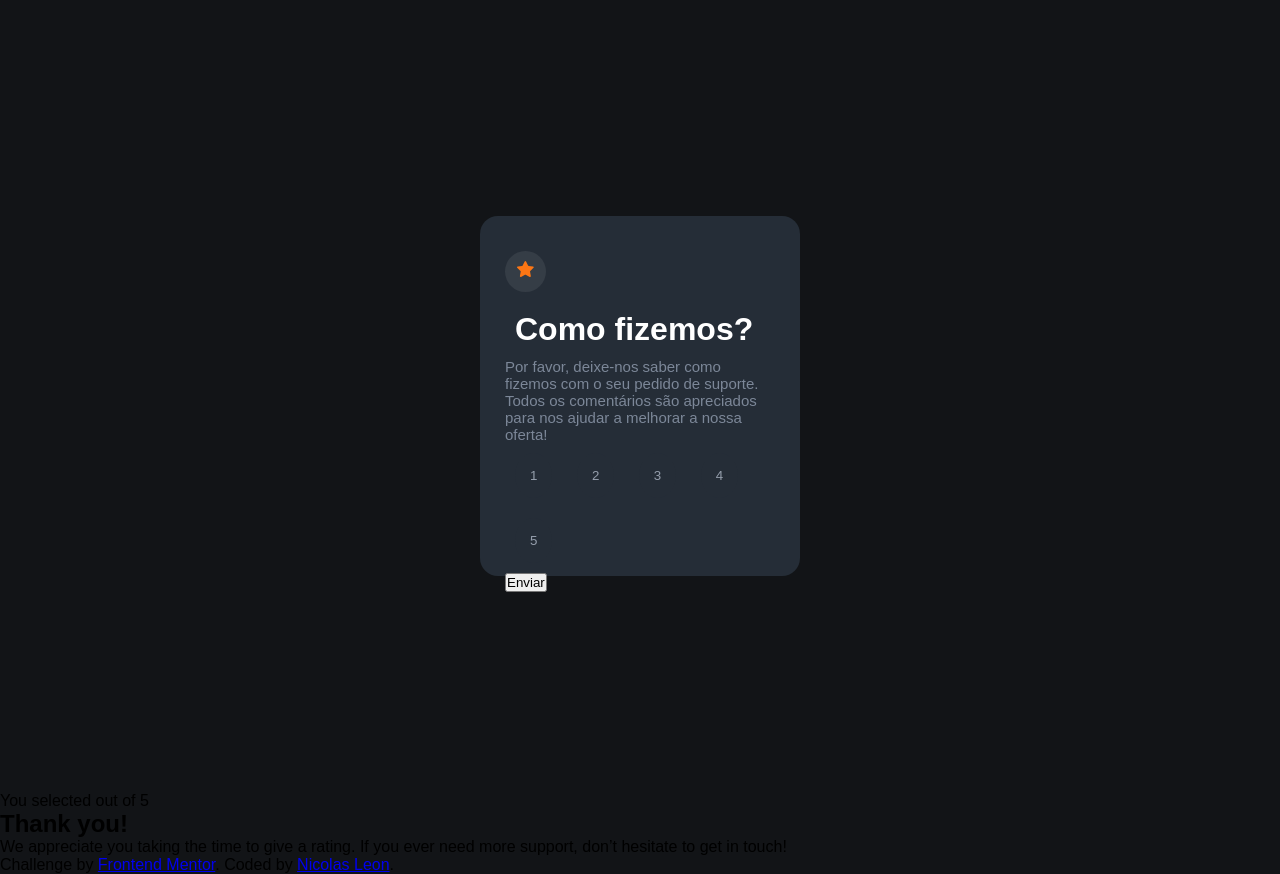
Repository: Leonngc/projeto-avaliacao
Page: index.html
These files come from the project's save history. The page is drawn as it stood at one moment and after the next save; the edit follows.
The browser window is 1280 px wide. The pictures show the whole page.
Some web fonts or font styles are not loaded; a fallback is used.

Above is the page before, as saved 2023-01-25 23:35:05.

### index.html
<!DOCTYPE html>
<html lang="en">
<head>
  <meta charset="UTF-8">
  <meta name="viewport" content="width=device-width, initial-scale=1.0"> <!-- displays site properly based on user's device -->

  <link rel="icon" type="image/png" sizes="32x32" href="./images/favicon-32x32.png">

  <title>Frontend Mentor | Interactive rating component</title>

  <link rel="stylesheet" href="styles/style.css">
</head>
<body>

  <!-- Rating state start -->
<form id="avaliation-form">

  <span id="icon-star">
    <img src="images/icon-star.svg" alt="">
  </span>

    <h1>Como fizemos?</h1>

    <p>
      Por favor, deixe-nos saber como fizemos com o seu pedido de suporte. Todos os comentários são apreciados
      para nos ajudar a melhorar a nossa oferta!
    </p>

    <div id="avaliation-btns">
      <input type="button" value="1" class="avaliation">
      <input type="button" value="2" class="avaliation">
      <input type="button" value="3"  class="avaliation">
      <input type="button" value="4"  class="avaliation">
      <input type="button" value="5"  class="avaliation">
    </div>

    <input type="submit" onclick="sent()" value="Enviar"></input>
</form>

  <!-- Rating state end -->

  <!-- Thank you state start -->

  <section id="result-avaliation">
    <p id="avaliacao-user">You selected <!-- Add rating here --> out of 5</p>
    <h1>Thank you!</h1>
    <p>
      We appreciate you taking the time to give a rating. If you ever need more support,
      don’t hesitate to get in touch!
    </p>
  </section>

  <!-- Thank you state end -->


  <div class="attribution">
    Challenge by <a href="https://www.frontendmentor.io?ref=challenge" target="_blank">Frontend Mentor</a>.
    Coded by <a href="#">Nicolas Leon</a>.
  </div>
</body>
</html>

### styles/style.css
@import url('https://fonts.googleapis.com/css2?family= Viaduto & display = swap');
:root{
    --very-dark-blue:hsl(216, 12%, 8%);
    --dark-blue:hsl(213, 19%, 18%);
    --medium-grey: hsl(216, 12%, 54%);
    --light-grey:hsl(217, 12%, 63%);
}

*{
    margin: 0;
    padding: 0;
    box-sizing: border-box;
}

body{
    background-color:var(--very-dark-blue);
    font-family: 'Overpass', sans-serif;
}
span{
    background-color: rgba(255, 255, 255, 0.074);
    padding: 12px;
    border-radius: 50%;
    text-align: center;
}

span > img{
    margin-top: 20px;
}

#avaliation-form{
    background-color:var(--dark-blue);
    width: 25vw;
    height: 50vh;
    padding: 25px;
    margin: 30vh auto;
    color: white;
    border-radius: 18px;
}

#avaliation-form > h1{
    padding: 10px;
    margin-top: 20px;
}

#avaliation-form > p{
    color:var(--medium-grey);
    font-size: 15px;
}

.avaliation{
    margin: 10px;
    border-radius: 50%;
    padding: 15px;
    border: none;
    background-color: var(--dark-blue);
    color: var(--light-grey);
}

After the next save:
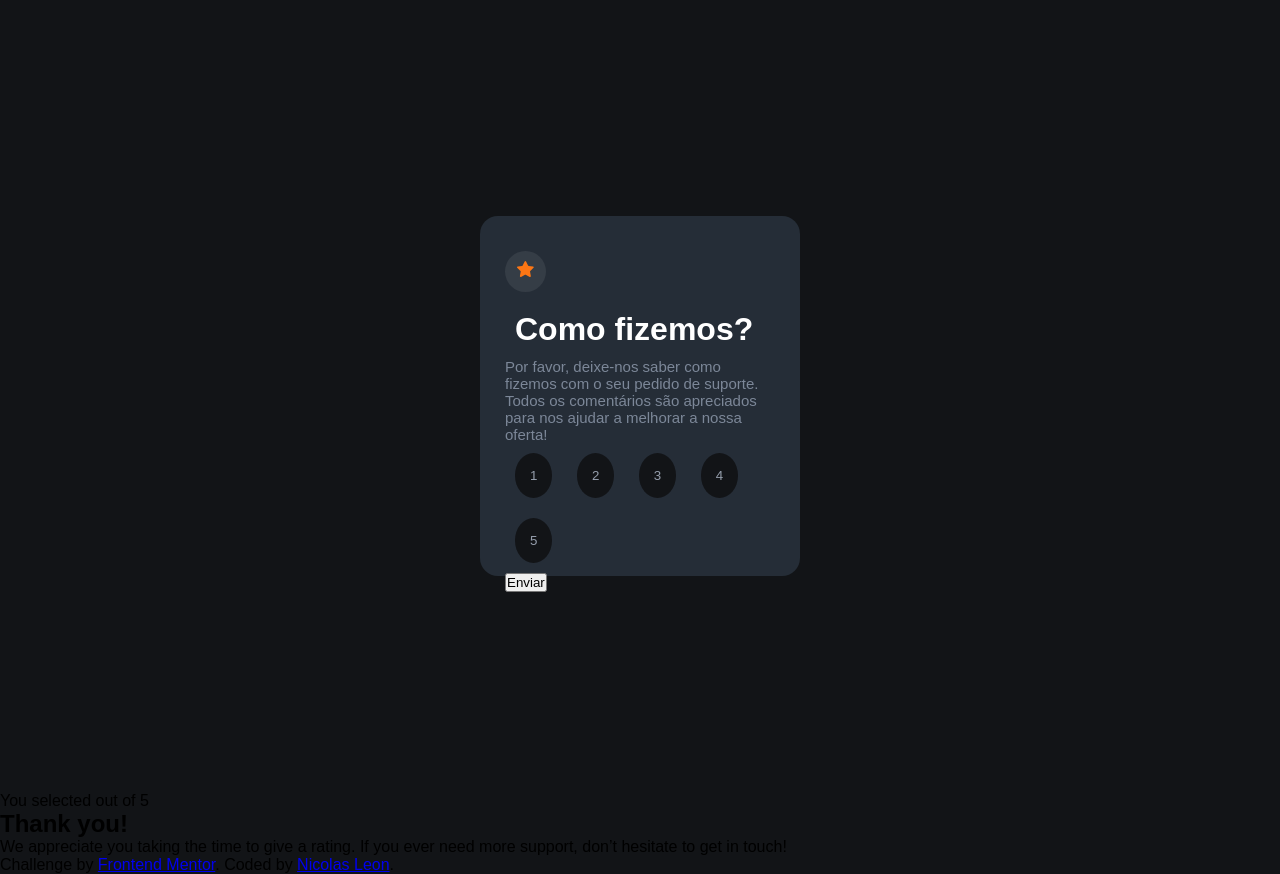
Saved 17 s later.
--- a/styles/style.css
+++ b/styles/style.css
@@ -52,6 +52,6 @@ span > img{
     border-radius: 50%;
     padding: 15px;
     border: none;
-    background-color: var(--dark-blue);
+    background-color: var(--very-dark-blue);
     color: var(--light-grey);
 }
